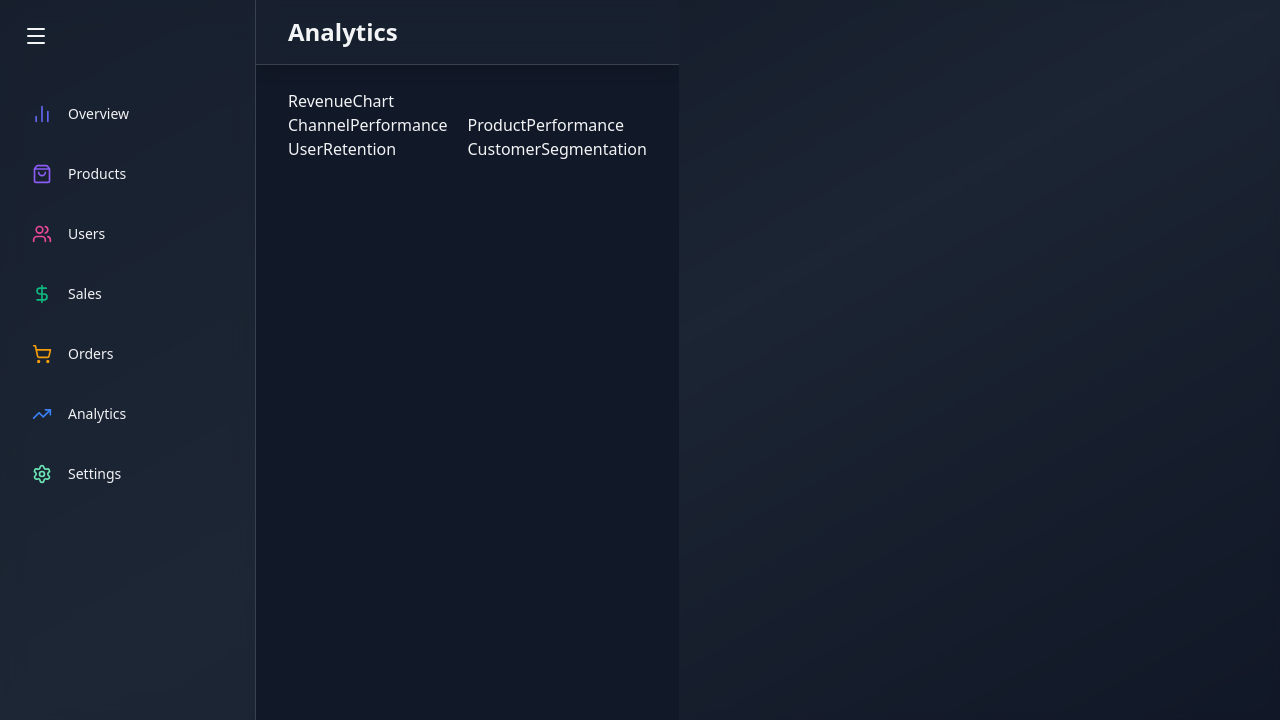
Repository: Abdirabi11/React-dashboard
Page: /analytics
These files come from the project's save history. The page is drawn as it stood at one moment and after the next save; the edit follows.
The browser window is 1280 px wide. The pictures show the whole page.
The project was rebuilt for these pictures with package versions that can differ from the ones it lists, and the page was loaded fresh each time. Also part of the build but not shown: vite.config.js, src/components/common/StatCard.jsx, src/components/overview/SalesOverviewChart.jsx, src/components/overview/CategoryDistributionChart.jsx, src/components/overview/SalesChannelChart.jsx, src/pages/OverviewPage.jsx, src/components/products/SalesTrendChart.jsx, src/components/products/ProductsTable.jsx and 15 more.

Above is the page before, as saved 2025-07-19 11:13:39.

### src/components/common/Sidebar.jsx
import { BarChart2, DollarSign, Menu, Settings, ShoppingBag, ShoppingCart, TrendingUp, Users } from "lucide-react";
import { useState } from "react";
import { AnimatePresence, motion } from "framer-motion";
import { Link } from "react-router-dom";

const SIDEBAR_ITEMS = [
	{
		name: "Overview",
		icon: BarChart2,
		color: "#6366f1",
		href: "/",
	},
	{ name: "Products", icon: ShoppingBag, color: "#8B5CF6", href: "/products" },
	{ name: "Users", icon: Users, color: "#EC4899", href: "/users" },
	{ name: "Sales", icon: DollarSign, color: "#10B981", href: "/sales" },
	{ name: "Orders", icon: ShoppingCart, color: "#F59E0B", href: "/orders" },
	{ name: "Analytics", icon: TrendingUp, color: "#3B82F6", href: "/analytics" },
	{ name: "Settings", icon: Settings, color: "#6EE7B7", href: "/settings" },
];

const Sidebar = () => {
	const [isSidebarOpen, setIsSidebarOpen] = useState(true);

	return (
		<motion.div
			className={`relative z-10 transition-all duration-300 ease-in-out flex-shrink-0 ${
				isSidebarOpen ? "w-64" : "w-20"
			}`}
			animate={{ width: isSidebarOpen ? 256 : 80 }}
		>
			<div className='h-full bg-gray-800 bg-opacity-50 backdrop-blur-md p-4 flex flex-col border-r border-gray-700'>
				<motion.button
					whileHover={{ scale: 1.1 }}
					whileTap={{ scale: 0.9 }}
					onClick={() => setIsSidebarOpen(!isSidebarOpen)}
					className='p-2 rounded-full hover:bg-gray-700 transition-colors max-w-fit'
				>
					<Menu size={24} />
				</motion.button>

				<nav className='mt-8 flex-grow'>
					{SIDEBAR_ITEMS.map((item) => (
						<Link key={item.href} to={item.href}>
							<motion.div className='flex items-center p-4 text-sm font-medium rounded-lg hover:bg-gray-700 transition-colors mb-2'>
								<item.icon size={20} style={{ color: item.color, minWidth: "20px" }} />
								<AnimatePresence>
									{isSidebarOpen && (
										<motion.span
											className='ml-4 whitespace-nowrap'
											initial={{ opacity: 0, width: 0 }}
											animate={{ opacity: 1, width: "auto" }}
											exit={{ opacity: 0, width: 0 }}
											transition={{ duration: 0.2, delay: 0.3 }}
										>
											{item.name}
										</motion.span>
									)}
								</AnimatePresence>
							</motion.div>
						</Link>
					))}
				</nav>
			</div>
		</motion.div>
	);
};
export default Sidebar;

### src/pages/AnalyticsPage.jsx
import { motion } from "framer-motion";
import ChannelPerformance from "../components/analytics/ChannelPerformance";
import CustomerSegmentation from "../components/analytics/CustomerSegmentation";
import OverviewCards from "../components/analytics/OverviewCards";
import ProductPerformance from "../components/analytics/ProductPerformance";
import RevenueChart from "../components/analytics/RevenueChart";
import UserRetention from "../components/analytics/UserRetention";
import Header from "../components/common/Header";


const AnalyticsPage = () => {
	return (
		<div className="flez-1 overflow-auto relative z-10 bg-gray-900">
			<Header title="Analytics" />
			<main className='max-w-7xl mx-auto py-6 px-4 lg:px-8'>
			    <OverviewCards />
				<RevenueChart />

				<div className="grid grid-cols-1 lg:grid-cols-2 gab-8 mb-8">
				    <ChannelPerformance />
					<ProductPerformance />
					<UserRetention />
					<CustomerSegmentation />
				</div>
			</main>
		</div>
	);
};
export default AnalyticsPage;

### src/components/analytics/ChannelPerformance.jsx
import React from 'react'

const ChannelPerformance = () => {
  return (
    <div>ChannelPerformance</div>
  )
}

export default ChannelPerformance

### src/components/analytics/CustomerSegmentation.jsx
import React from 'react'

const CustomerSegmentation = () => {
  return (
    <div>CustomerSegmentation</div>
  )
}

export default CustomerSegmentation

### src/components/analytics/OverviewCards.jsx
import { motion } from "framer-motion";
import { DollarSign, Users, ShoppingBag, Eye, ArrowDownRight, ArrowUpRight } from "lucide-react";

const overviewData = [
	{ name: "Revenue", value: "$1,234,567", change: 12.5, icon: DollarSign },
	{ name: "Users", value: "45,678", change: 8.3, icon: Users },
	{ name: "Orders", value: "9,876", change: -3.2, icon: ShoppingBag },
	{ name: "Page Views", value: "1,234,567", change: 15.7, icon: Eye },
];


const OverviewCards = () => {
  return (
    <motion.div>
      <h2></h2>
      <div>

      </div>
    </motion.div>
  )
}

export default OverviewCards

### src/components/analytics/ProductPerformance.jsx
import React from 'react'

const ProductPerformance = () => {
  return (
    <div>ProductPerformance</div>
  )
}

export default ProductPerformance

### src/components/analytics/RevenueChart.jsx
import React from 'react'

const RevenueChart = () => {
  return (
    <div>RevenueChart</div>
  )
}

export default RevenueChart

### src/components/analytics/UserRetention.jsx
import React from 'react'

const UserRetention = () => {
  return (
    <div>UserRetention</div>
  )
}

export default UserRetention

Loaded but not shown: index.html (common file); src/main.jsx (common file); src/App.jsx (common file); src/index.css (common file); src/components/common/Header.jsx (common file); tailwind.config.js (common file)

After the next save:
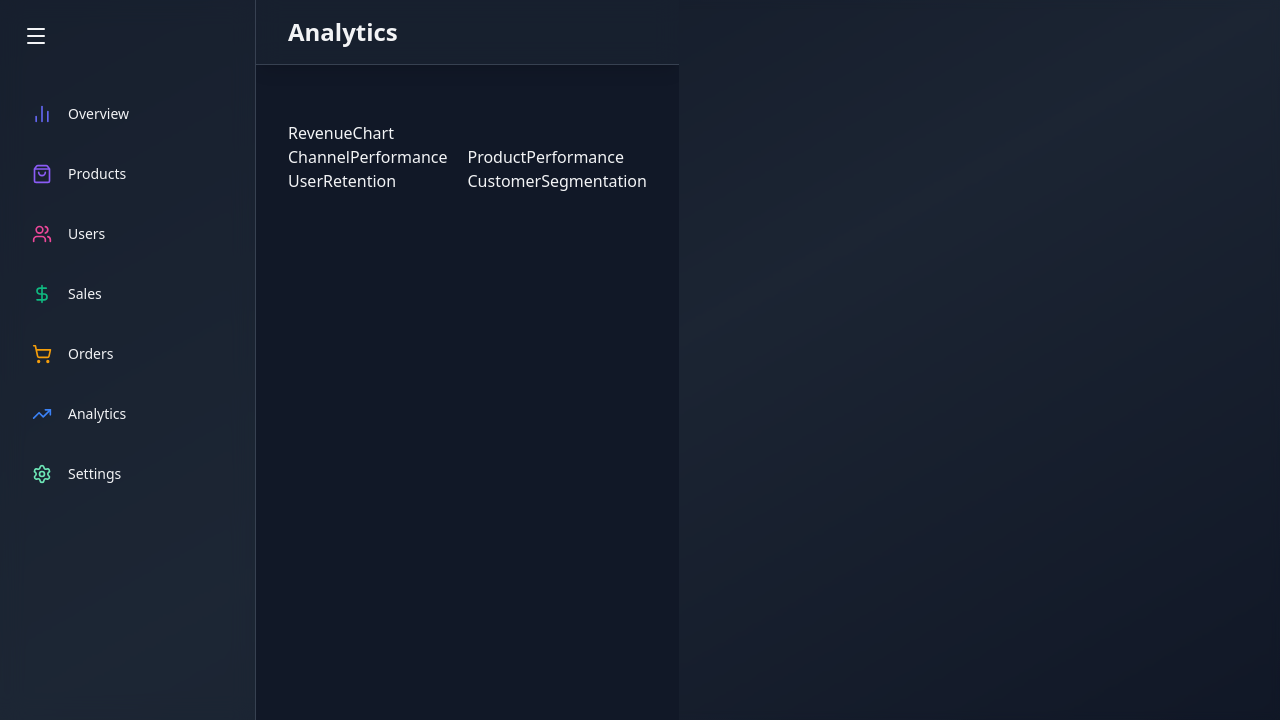
Saved 20 s later.
--- a/src/components/analytics/OverviewCards.jsx
+++ b/src/components/analytics/OverviewCards.jsx
@@ -11,12 +11,9 @@ const overviewData = [
 
 const OverviewCards = () => {
   return (
-    <motion.div>
-      <h2></h2>
-      <div>
+    <div className="grid grid-cols-1 gap-5 sm:grid-cols-2 lg:grid-cols-4 mb-8">
 
-      </div>
-    </motion.div>
+    </div>
   )
 }
 
